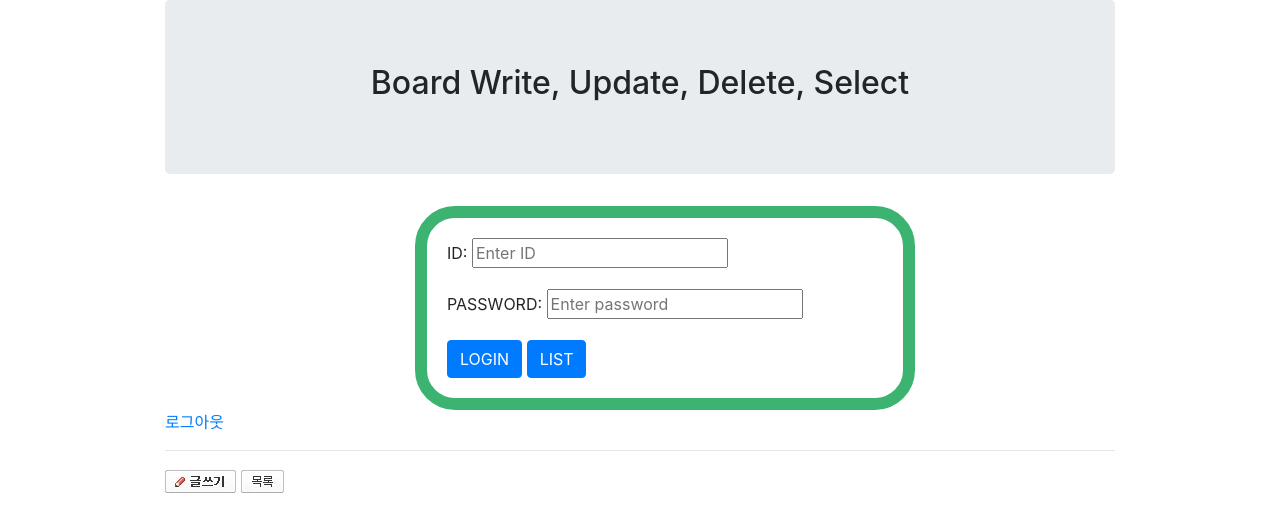
Repository: Niftrone/Framework
Page: http://localhost/boot05_Board/
These files come from the project's save history. The page is drawn as it stood at one moment and after the next save; the edit follows.
The browser window is 1280 px wide. The pictures show the whole page.
The page is served by Tomcat 10. Other server files are loaded and not shown.

Above is the page before, as saved 2025-07-17 02:48:37.

### work07_boot/boot05_Board/src/main/webapp/index.jsp
<%@ page language="java" contentType="text/html; charset=UTF-8"
    pageEncoding="UTF-8"%>
<%@ taglib prefix="c" uri="http://java.sun.com/jsp/jstl/core" %>
<!DOCTYPE html>
<html>
<head>
<meta charset="UTF-8">
<link rel="stylesheet" href="https://cdn.jsdelivr.net/npm/bootstrap@4.6.2/dist/css/bootstrap.min.css">
<script src="https://cdn.jsdelivr.net/npm/jquery@3.7.1/dist/jquery.slim.min.js"></script>
<script src="https://cdn.jsdelivr.net/npm/popper.js@1.16.1/dist/umd/popper.min.js"></script>
<script src="https://cdn.jsdelivr.net/npm/bootstrap@4.6.2/dist/js/bootstrap.bundle.min.js"></script>
<title>Insert title here</title>
<script type="text/javascript">
	function logout(){
		var f=confirm("로그아웃 하시겠습니까?");
		if(f)
			location.href="logout";
	}
</script>
<style type="text/css">
.container{
	width: 980px;
}
	form{
		width: 500px;
		border: 12px solid MediumSeaGreen;
		border-radius: 40px;
		padding: 20px;
		margin-left: 250px;
	}
</style>
</head>
<body>
<div class="container">
<div class="jumbotron text-center">
	<h2>Board Write, Update, Delete, Select</h2>
</div>
	<form method="post" action="login">
	  	<div class="form-group">
		  	<label for="id">ID:</label>
		  	<input type="text" name="id" placeholder="Enter ID">
	  	</div>
	   	<div class="form-group">
		  	<label for="pass">PASSWORD:</label>
		  	<input type="password" name="password" placeholder="Enter password">
	  	</div>
		<button type="submit" class="btn btn-primary">LOGIN</button>
		<a href="list"><button class="btn btn-primary" border="0">LIST</button></a>
	</form>

	<a href="javascript:logout()">로그아웃</a><p><hr>
	<a href="board/write.jsp"><img alt="게시판 글쓰기" src="img/write_btn.jpg" border="0"></a>
	<a href="list"><img src="img/list_btn.jpg" border="0"></a>
</div>
</body>
</html>

After the next save:
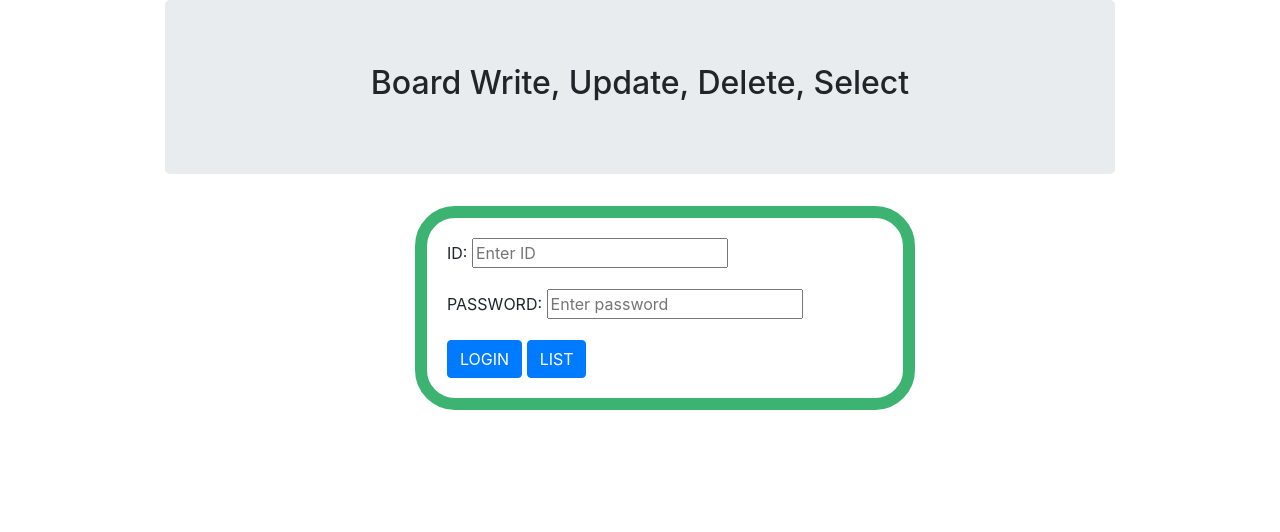
Saved 56 s later.
--- a/work07_boot/boot05_Board/src/main/webapp/index.jsp
+++ b/work07_boot/boot05_Board/src/main/webapp/index.jsp
@@ -47,10 +47,11 @@
 		<button type="submit" class="btn btn-primary">LOGIN</button>
 		<a href="list"><button class="btn btn-primary" border="0">LIST</button></a>
 	</form>
-
+<c:if test="">
 	<a href="javascript:logout()">로그아웃</a><p><hr>
 	<a href="board/write.jsp"><img alt="게시판 글쓰기" src="img/write_btn.jpg" border="0"></a>
 	<a href="list"><img src="img/list_btn.jpg" border="0"></a>
+</c:if>
 </div>
 </body>
 </html>
